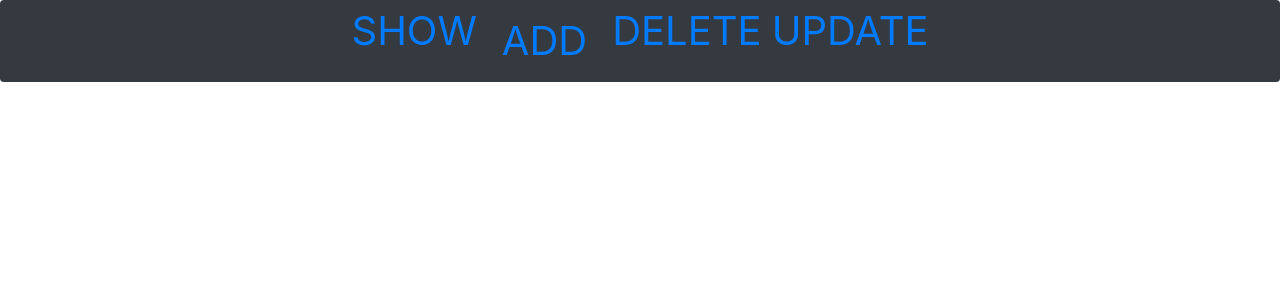
Repository: jalaj2123/SPRING-ORM
Page: Webap/src/main/webapp/home.html
These files come from the project's save history. The page is drawn as it stood at one moment and after the next save; the edit follows.
The browser window is 1280 px wide. The pictures show the whole page.

Above is the page before, as saved 2022-03-17 08:45:36.

### Webap/src/main/webapp/home.html
<!DOCTYPE html>
<html>
<head>
<title>Insert title here</title>


<meta charset="utf-8">
<style>
a
{
font-size:40px
}

</style>


<meta name="viewport" content="width=device-width, initial-scale=1">
 <link rel="stylesheet" href="https://maxcdn.bootstrapcdn.com/bootstrap/3.4.1/css/bootstrap.min.css">
  <meta name="viewport" content="width=device-width, initial-scale=1">
  <link rel="stylesheet" href="https://cdn.jsdelivr.net/npm/bootstrap@4.6.1/dist/css/bootstrap.min.css">
  <script src="https://cdn.jsdelivr.net/npm/jquery@3.6.0/dist/jquery.slim.min.js"></script>
  <script src="https://cdn.jsdelivr.net/npm/popper.js@1.16.1/dist/umd/popper.min.js"></script>
  <script src="https://cdn.jsdelivr.net/npm/bootstrap@4.6.1/dist/js/bootstrap.bundle.min.js"></script>
  </head>
  <body>
  <header>
<nav class="navbar navbar-expand-sm bg-dark justify-content-center">
 <div class="row">
  <ul class="navbar-nav">
    <li class="nav-item active">
      <a class="nav-link" href="index.html">SHOW</a>
    </li>
    <li class="nav-item">
       <div class="col-sm-3"><a class="nav-link" href="insert.html">ADD</a></div>
    </li>
    <li class="nav-item">
      <a class="nav-link" href="delete">DELETE</a>
    </li>
    <li class="nav-item">
      <a class="nav-link " href="Update.html">UPDATE</a>
    </li>

  </ul>
  </div>
  </nav>

  </header>
</body>
</html>

After the next save:
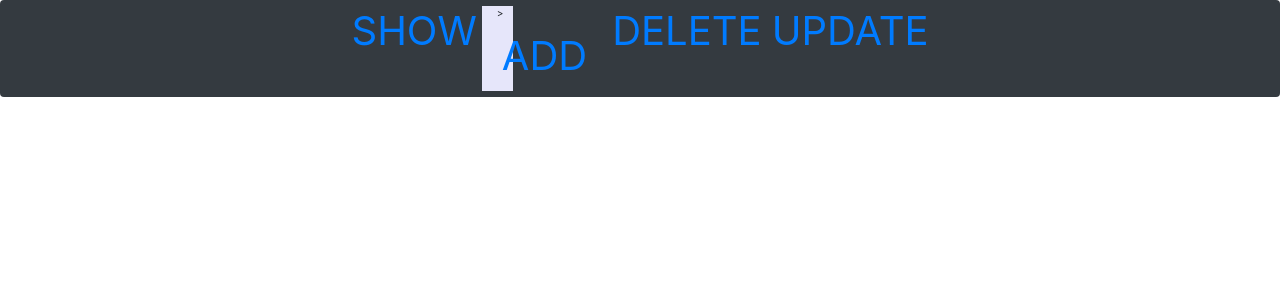
Saved 102 s later.
--- a/Webap/src/main/webapp/home.html
+++ b/Webap/src/main/webapp/home.html
@@ -31,7 +31,7 @@ font-size:40px
       <a class="nav-link" href="index.html">SHOW</a>
     </li>
     <li class="nav-item">
-       <div class="col-sm-3"><a class="nav-link" href="insert.html">ADD</a></div>
+       <div class="col-sm-3" style="background-color:lavender;">><a class="nav-link" href="insert.html">ADD</a></div>
     </li>
     <li class="nav-item">
       <a class="nav-link" href="delete">DELETE</a>
